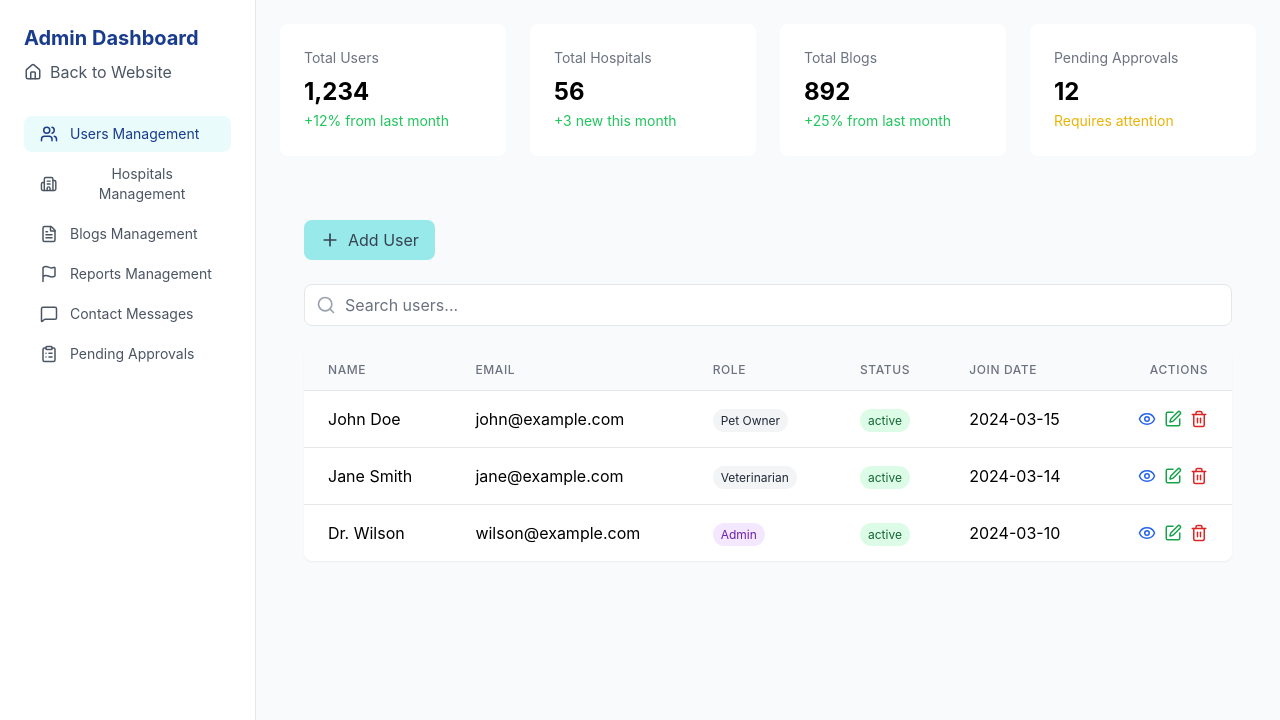
Repository: ZSayless/MyPetDoc
Page: /admin
An editor plug-in stored every save of this project. The page is shown before and after the next save, followed by the edit.
The browser window is 1280 px wide. The pictures show the whole page.
The project was rebuilt for these pictures with package versions that can differ from the ones it lists, and the page was loaded fresh each time. Also part of the build but not shown: vite.config.js, src/core/ButtonLink.js, src/components/register/SelectRoleModal.js, src/services/authService.js, src/components/register/Register.js, src/core/Overlay.js, src/components/login/Login.js, src/components/layout/Header.js and 40 more.

Above is the page before, as saved 2025-01-16 10:25:36.

### src/index.js
import React from "react";
import ReactDOM from "react-dom/client";
import "./index.css";
import App from "./App";
import { BrowserRouter } from "react-router-dom";
import { Provider } from "react-redux";
import { store } from "./redux/store";

const root = ReactDOM.createRoot(document.getElementById("root"));
root.render(
  <React.StrictMode>
    <BrowserRouter>
      <Provider store={store}>
        <App />
      </Provider>
    </BrowserRouter>
  </React.StrictMode>
);

### src/index.css
@tailwind base;
@tailwind components;
@tailwind utilities;

/* Custom styles for form inputs */
[type="text"],
[type="email"],
[type="password"] {
  @apply border-gray-300 focus:border-blue-500 focus:ring-blue-500 rounded-md shadow-sm;
}

body {
  margin: 0;
  font-family: -apple-system, BlinkMacSystemFont, "Segoe UI", "Roboto", "Oxygen",
    "Ubuntu", "Cantarell", "Fira Sans", "Droid Sans", "Helvetica Neue",
    sans-serif;
  -webkit-font-smoothing: antialiased;
  -moz-osx-font-smoothing: grayscale;
}

code {
  font-family: source-code-pro, Menlo, Monaco, Consolas, "Courier New",
    monospace;
}

### src/redux/store.js
import { configureStore } from "@reduxjs/toolkit";
import communityReducer from "./slices/communitySlice";
import adminReducer from "./slices/adminSlice";

export const store = configureStore({
  reducer: {
    community: communityReducer,
    admin: adminReducer,
  },
});

### src/assets/css/style.css
@tailwind base;
@tailwind components;
@tailwind utilities;

body {
  margin: 0px;
  padding: 0px;
}

html {
  font-family: "Helvetica Neue", Helvetica, Arial, sans-serif;
}

/* Footer Styles */
footer {
  background-color: #1a1a1a !important;
}

.footer-logo {
  height: 40px;
  width: auto;
}

footer .social-icons a {
  color: #fff;
  background: rgba(255, 255, 255, 0.1);
  width: 35px;
  height: 35px;
  display: inline-flex;
  align-items: center;
  justify-content: center;
  border-radius: 50%;
  transition: all 0.3s ease;
}

footer .social-icons a:hover {
  background: #6f42c1;
  transform: translateY(-3px);
}

footer .subscribe-form input {
  border: 1px solid rgba(255, 255, 255, 0.1);
  padding: 10px 15px;
}

footer .subscribe-form input:focus {
  box-shadow: none;
  border-color: #6f42c1;
}

footer .subscribe-form button {
  background: #6f42c1;
  border: none;
  padding: 10px 25px;
  width: 100%;
}

footer .subscribe-form button:hover {
  background: #5a32a3;
}

footer a.text-secondary:hover {
  color: #6f42c1 !important;
}

.hero-section {
  background-image: url("https://bizmap.dexignzone.com/react/demo/static/media/slide1.472de18a.jpg");
  background-size: cover;
  background-position: center;
  background-repeat: no-repeat;
}

.shadownHomeActive {
  color: #fff;
  box-shadow: 0 0 0 3px hsla(0, 0%, 100%, 0.2);
  background-color: rgb(147 51 234 / var(--tw-bg-opacity, 1));
}
.shadownHome:hover {
  border: none;
  box-shadow: 0 0 0 3px hsla(0, 0%, 100%, 0.2);
}
.btn__contact {
  background: hsla(0, 0%, 100%, 0.2);
  border: 1px solid hsla(0, 0%, 100%, 0.2);
}

.contact__card {
  border: 1px solid #e1e6eb;
  border-radius: 4px;
  box-shadow: 0 4px 6px 0 rgba(0, 0, 0, 0.05);
}
.contact__icon {
  box-shadow: 0 0 0 5px rgba(70, 17, 167, 0.1),
    0 0 0 10px rgba(70, 17, 167, 0.1);
}
.contact__form input {
  box-shadow: 0 4px 6px 0 rgba(0, 0, 0, 0.05);
}

.swiper-button-next::after,
.swiper-button-prev::after {
  display: none;
}

.swiper-button-disabled {
  opacity: 0.5;
  cursor: not-allowed;
}

.instagram__img:hover {
  opacity: 0.7;
  transition: all 0.5s;
  -webkit-transition: all 0.5s;
}
.border__category {
  border-bottom: 1px dashed #ecebf5;
}

### src/pages/admin/AdminDashboard.js
import { useState } from "react";
import AdminSidebar from "./AdminSidebar";
import UsersManagement from "./tabs/UsersManagement";
import HospitalsManagement from "./tabs/HospitalsManagement";
import BlogsManagement from "./tabs/BlogsManagement";
import ReportsManagement from "./tabs/ReportsManagement";
import ContactMessages from "./tabs/ContactMessages";
import PendingApprovals from "./tabs/PendingApprovals";
import { Menu } from "lucide-react";

function AdminDashboard() {
  const [activeTab, setActiveTab] = useState("users");
  const [isSidebarOpen, setIsSidebarOpen] = useState(false);

  const renderTab = () => {
    switch (activeTab) {
      case "users":
        return <UsersManagement />;
      case "hospitals":
        return <HospitalsManagement />;
      case "blogs":
        return <BlogsManagement />;
      case "reports":
        return <ReportsManagement />;
      case "messages":
        return <ContactMessages />;
      case "pending":
        return <PendingApprovals />;
      default:
        return <UsersManagement />;
    }
  };

  return (
    <div className="flex min-h-screen bg-gray-50">
      {/* Mobile Menu Button */}
      <button
        className="md:hidden fixed top-4 left-4 z-50 p-2 bg-white rounded-lg shadow-md"
        onClick={() => setIsSidebarOpen(!isSidebarOpen)}
      >
        <Menu size={20} />
      </button>

      {/* Sidebar */}
      <div
        className={`fixed md:static inset-y-0 left-0 z-40 w-64 bg-white border-r transform transition-transform duration-200 ease-in-out ${
          isSidebarOpen ? "translate-x-0" : "-translate-x-full"
        } md:translate-x-0`}
      >
        <AdminSidebar activeTab={activeTab} setActiveTab={setActiveTab} />
      </div>

      {/* Overlay for mobile */}
      {isSidebarOpen && (
        <div
          className="md:hidden fixed inset-0 bg-black/50 z-30"
          onClick={() => setIsSidebarOpen(false)}
        />
      )}

      {/* Main Content */}
      <div className="flex-1">
        {/* Stats Cards */}
        <div className="grid grid-cols-1 sm:grid-cols-2 md:grid-cols-4 gap-4 md:gap-6 p-4 md:p-6">
          <div className="bg-white rounded-lg p-4 md:p-6">
            <h3 className="text-gray-500 text-sm">Total Users</h3>
            <p className="text-xl md:text-2xl font-bold mt-2">1,234</p>
            <span className="text-green-500 text-sm">+12% from last month</span>
          </div>
          <div className="bg-white rounded-lg p-4 md:p-6">
            <h3 className="text-gray-500 text-sm">Total Hospitals</h3>
            <p className="text-xl md:text-2xl font-bold mt-2">56</p>
            <span className="text-green-500 text-sm">+3 new this month</span>
          </div>
          <div className="bg-white rounded-lg p-4 md:p-6">
            <h3 className="text-gray-500 text-sm">Total Blogs</h3>
            <p className="text-xl md:text-2xl font-bold mt-2">892</p>
            <span className="text-green-500 text-sm">+25% from last month</span>
          </div>
          <div className="bg-white rounded-lg p-4 md:p-6">
            <h3 className="text-gray-500 text-sm">Pending Approvals</h3>
            <p className="text-xl md:text-2xl font-bold mt-2">12</p>
            <span className="text-yellow-500 text-sm">Requires attention</span>
          </div>
        </div>

        {/* Content Area */}
        <div className="p-4 md:px-6 md:pb-6">{renderTab()}</div>
      </div>
    </div>
  );
}

export default AdminDashboard;

### src/context/AuthContext.js
import React, { createContext, useContext, useState } from "react";

const AuthContext = createContext();

export function AuthProvider({ children }) {
  const [isAuthenticated, setIsAuthenticated] = useState(() => {
    const saved = localStorage.getItem("isAuthenticated");
    return saved === "true";
  });
  const [user, setUser] = useState(() => {
    const saved = localStorage.getItem("user");
    return saved ? JSON.parse(saved) : null;
  });

  const login = (userData) => {
    setIsAuthenticated(true);
    setUser(userData);
    localStorage.setItem("isAuthenticated", "true");
    localStorage.setItem("user", JSON.stringify(userData));
  };

  const logout = () => {
    setIsAuthenticated(false);
    setUser(null);
    localStorage.removeItem("isAuthenticated");
    localStorage.removeItem("user");
  };

  return (
    <AuthContext.Provider value={{ isAuthenticated, user, login, logout }}>
      {children}
    </AuthContext.Provider>
  );
}

export function useAuth() {
  const context = useContext(AuthContext);
  if (!context) {
    throw new Error("useAuth must be used within an AuthProvider");
  }
  return context;
}

### src/redux/slices/communitySlice.js
import { createSlice, createAsyncThunk } from "@reduxjs/toolkit";
import { communityService } from "../../services/communityService";

// Async thunks
export const fetchPosts = createAsyncThunk(
  "community/fetchPosts",
  async ({ page, limit }) => {
    const response = await communityService.getPosts(page, limit);
    return response.data;
  }
);

export const createPost = createAsyncThunk(
  "community/createPost",
  async (postData) => {
    const response = await communityService.createPost(postData);
    return response.data;
  }
);

// ... thêm các thunks khác

const communitySlice = createSlice({
  name: "community",
  initialState: {
    posts: [],
    currentPost: null,
    loading: false,
    error: null,
    page: 1,
    hasMore: true,
  },
  reducers: {
    setCurrentPost: (state, action) => {
      state.currentPost = action.payload;
    },
    clearError: (state) => {
      state.error = null;
    },
  },
  extraReducers: (builder) => {
    builder
      .addCase(fetchPosts.pending, (state) => {
        state.loading = true;
      })
      .addCase(fetchPosts.fulfilled, (state, action) => {
        state.loading = false;
        state.posts = action.payload.data;
        state.hasMore = action.payload.hasMore;
      })
      .addCase(fetchPosts.rejected, (state, action) => {
        state.loading = false;
        state.error = action.error.message;
      });
    // ... thêm các cases khác
  },
});

export const { setCurrentPost, clearError } = communitySlice.actions;
export default communitySlice.reducer;

### src/redux/slices/adminSlice.js
import { createSlice } from "@reduxjs/toolkit";
import {
  mockUsers,
  mockHospitals,
  mockBlogs,
  mockReports,
  mockMessages,
  mockPendingApprovals,
} from "../../data/mockData";

const initialState = {
  users: mockUsers || [],
  hospitals: mockHospitals || [],
  blogs: mockBlogs || [],
  reports: mockReports || [],
  messages: mockMessages || [],
  pendingApprovals:
    [
      {
        id: 1,
        type: "hospital_registration",
        name: "Pet Care Center",
        email: "petcare@example.com",
        status: "pending",
        submittedAt: "2024-03-15",
        details: {
          address: "123 Main St",
          phone: "0123456789",
          services: ["Vaccination", "Surgery", "Grooming"],
          workingHours: {
            weekdays: "8:00 AM - 8:00 PM",
            weekends: "9:00 AM - 6:00 PM",
          },
          images: ["url1", "url2", "url3"],
        },
      },
      // ... other pending approvals
    ] || [],
  loading: false,
  error: null,
};

const adminSlice = createSlice({
  name: "admin",
  initialState,
  reducers: {
    // Users
    addUser: (state, action) => {
      state.users.push(action.payload);
    },
    deleteUser: (state, action) => {
      state.users = state.users.filter((user) => user.id !== action.payload);
    },
    updateUserStatus: (state, action) => {
      const user = state.users.find((u) => u.id === action.payload.userId);
      if (user) {
        user.status = action.payload.status;
      }
    },

    // Hospitals
    approveHospital: (state, action) => {
      const hospital = state.hospitals.find((h) => h.id === action.payload);
      if (hospital) {
        hospital.status = "approved";
      }
    },
    rejectHospital: (state, action) => {
      const hospital = state.hospitals.find((h) => h.id === action.payload);
      if (hospital) {
        hospital.status = "rejected";
      }
    },
    deleteHospital: (state, action) => {
      state.hospitals = state.hospitals.filter((h) => h.id !== action.payload);
    },

    // Blogs
    deleteBlog: (state, action) => {
      state.blogs = state.blogs.filter((blog) => blog.id !== action.payload);
    },
    updateBlogStatus: (state, action) => {
      const blog = state.blogs.find((b) => b.id === action.payload.blogId);
      if (blog) {
        blog.status = action.payload.status;
      }
    },

    // Reports
    resolveReport: (state, action) => {
      const report = state.reports.find((r) => r.id === action.payload);
      if (report) {
        report.status = "resolved";
      }
    },
    dismissReport: (state, action) => {
      const report = state.reports.find((r) => r.id === action.payload);
      if (report) {
        report.status = "dismissed";
      }
    },

    // Messages
    deleteMessage: (state, action) => {
      state.messages = state.messages.filter((m) => m.id !== action.payload);
    },
    markMessageAsRead: (state, action) => {
      const message = state.messages.find((m) => m.id === action.payload);
      if (message) {
        message.status = "read";
      }
    },

    // Pending Approvals
    approvePending: (state, action) => {
      const item = state.pendingApprovals.find((i) => i.id === action.payload);
      if (item) {
        item.status = "approved";
      }
    },
    rejectPending: (state, action) => {
      const item = state.pendingApprovals.find((i) => i.id === action.payload);
      if (item) {
        item.status = "rejected";
      }
    },
    deletePending: (state, action) => {
      state.pendingApprovals = state.pendingApprovals.filter(
        (item) => item.id !== action.payload
      );
    },
  },
});

export const {
  addUser,
  deleteUser,
  updateUserStatus,
  approveHospital,
  rejectHospital,
  deleteHospital,
  deleteBlog,
  updateBlogStatus,
  resolveReport,
  dismissReport,
  deleteMessage,
  markMessageAsRead,
  approvePending,
  rejectPending,
  deletePending,
} = adminSlice.actions;

export default adminSlice.reducer;

### src/pages/admin/AdminSidebar.js
import { Link } from "react-router-dom";
import {
  Users,
  Building2,
  FileText,
  Flag,
  MessageSquare,
  ClipboardList,
  Home,
} from "lucide-react";

function AdminSidebar({ activeTab, setActiveTab }) {
  const tabs = [
    { id: "users", name: "Users Management", icon: Users },
    { id: "hospitals", name: "Hospitals Management", icon: Building2 },
    { id: "blogs", name: "Blogs Management", icon: FileText },
    { id: "reports", name: "Reports Management", icon: Flag },
    { id: "messages", name: "Contact Messages", icon: MessageSquare },
    { id: "pending", name: "Pending Approvals", icon: ClipboardList },
  ];

  return (
    <div className="h-full p-6">
      <h1 className="text-[#1A3C8E] text-xl font-bold mb-2">Admin Dashboard</h1>
      <Link
        to="/"
        className="inline-flex items-center gap-2 text-gray-600 hover:text-[#1A3C8E] mb-8"
      >
        <Home size={18} />
        <span>Back to Website</span>
      </Link>

      <nav className="space-y-1">
        {tabs.map((tab) => {
          const Icon = tab.icon;
          return (
            <button
              key={tab.id}
              onClick={() => setActiveTab(tab.id)}
              className={`w-full flex items-center gap-3 px-4 py-2 rounded-lg text-sm transition-colors ${
                activeTab === tab.id
                  ? "bg-[#98E9E9]/20 text-[#1A3C8E]"
                  : "text-gray-600 hover:bg-gray-50"
              }`}
            >
              <Icon size={18} />
              <span>{tab.name}</span>
            </button>
          );
        })}
      </nav>
    </div>
  );
}

export default AdminSidebar;

### src/services/communityService.js
import axios from "axios";

const BASE_URL = process.env.REACT_APP_API_URL;

export const communityService = {
  // Posts
  getPosts: (page = 1, limit = 10) =>
    axios.get(`${BASE_URL}/posts?page=${page}&limit=${limit}`),

  getPostById: (postId) => axios.get(`${BASE_URL}/posts/${postId}`),

  createPost: (data) => axios.post(`${BASE_URL}/posts`, data),

  updatePost: (postId, data) => axios.put(`${BASE_URL}/posts/${postId}`, data),

  deletePost: (postId) => axios.delete(`${BASE_URL}/posts/${postId}`),

  // Comments
  getComments: (postId) => axios.get(`${BASE_URL}/posts/${postId}/comments`),

  addComment: (postId, data) =>
    axios.post(`${BASE_URL}/posts/${postId}/comments`, data),

  deleteComment: (commentId) =>
    axios.delete(`${BASE_URL}/comments/${commentId}`),

  // Likes
  likePost: (postId) => axios.post(`${BASE_URL}/posts/${postId}/like`),

  unlikePost: (postId) => axios.delete(`${BASE_URL}/posts/${postId}/like`),

  // Reports
  reportPost: (postId, reason) =>
    axios.post(`${BASE_URL}/posts/${postId}/report`, { reason }),
};

### src/data/mockData.js
export const mockUsers = [
  {
    id: 1,
    name: "John Doe",
    email: "john@example.com",
    role: "Pet Owner",
    status: "active",
    joinDate: "2024-03-15",
  },
  {
    id: 2,
    name: "Jane Smith",
    email: "jane@example.com",
    role: "Veterinarian",
    status: "active",
    joinDate: "2024-03-14",
  },
  {
    id: 3,
    name: "Dr. Wilson",
    email: "wilson@example.com",
    role: "Admin",
    status: "active",
    joinDate: "2024-03-10",
  },
];

export const mockHospitals = [
  {
    id: 1,
    name: "Pet Care Center",
    address: "123 Main St",
    phone: "0123456789",
    email: "petcare@example.com",
    status: "pending",
    rating: 4.5,
    joinDate: "2024-03-15",
  },
  {
    id: 2,
    name: "Animal Hospital",
    address: "456 Oak St",
    phone: "0987654321",
    email: "animalhospital@example.com",
    status: "approved",
    rating: 4.8,
    joinDate: "2024-03-10",
  },
];

export const mockBlogs = [
  {
    id: 1,
    title: "Essential Pet Vaccinations Guide",
    author: "Dr. John Smith",
    category: "Pet Health",
    content: "Detailed guide about pet vaccinations...",
    status: "published",
    views: 1234,
    publishDate: "2024-03-15",
  },
  {
    id: 2,
    title: "Common Pet Behavior Issues",
    author: "Dr. Sarah Johnson",
    category: "Pet Behavior",
    content: "Understanding pet behavior problems...",
    status: "draft",
    views: 0,
    publishDate: "-",
  },
];

export const mockReports = [
  {
    id: 1,
    type: "comment",
    content: "Inappropriate comment on blog post",
    reportedItem: "Comment on 'Pet Nutrition Guide'",
    reportedBy: "John Doe",
    reportedAt: "2024-03-15",
    status: "pending",
  },
  {
    id: 2,
    type: "review",
    content: "False review information",
    reportedItem: "Review for PetCare Hospital",
    reportedBy: "Jane Smith",
    reportedAt: "2024-03-14",
    status: "resolved",
  },
];

export const mockMessages = [
  {
    id: 1,
    name: "John Doe",
    email: "john@example.com",
    subject: "Question about services",
    message: "I have a question about your pet vaccination services...",
    status: "unread",
    createdAt: "2024-03-15",
  },
  {
    id: 2,
    name: "Jane Smith",
    email: "jane@example.com",
    subject: "Feedback",
    message: "I wanted to share my experience...",
    status: "read",
    createdAt: "2024-03-14",
  },
];

export const mockPendingApprovals = [
  {
    id: 1,
    type: "hospital",
    name: "Pet Care Center",
    email: "petcare@example.com",
    status: "pending",
    submittedAt: "2024-03-15",
    details: {
      address: "123 Main St",
      phone: "0123456789",
      license: "LICENSE123",
      services: ["Vaccination", "Surgery", "Grooming"],
    },
  },
  {
    id: 2,
    type: "veterinarian",
    name: "Dr. Sarah Wilson",
    email: "sarah.wilson@example.com",
    status: "pending",
    submittedAt: "2024-03-14",
    details: {
      license: "VET456",
      specialization: "Small Animals",
      experience: "5 years",
      certifications: ["ACVS", "ACVIM"],
    },
  },
];

### tailwind.config.js
/** @type {import('tailwindcss').Config} */
module.exports = {
  content: ["./src/**/*.{js,jsx,ts,tsx}"],
  theme: {
    extend: {},
  },
  plugins: [require("@tailwindcss/forms"), require("@tailwindcss/typography")],
};

Loaded but not shown: public/index.html (common file); src/components/common/ScrollToTop.js (common file); src/pages/admin/tabs/UsersManagement.js (423 lines, source omitted); src/App.js (239 lines, source omitted); src/components/blog/BlogDetail.js (empty); src/components/community/CommunityList.js (empty)

After the next save:
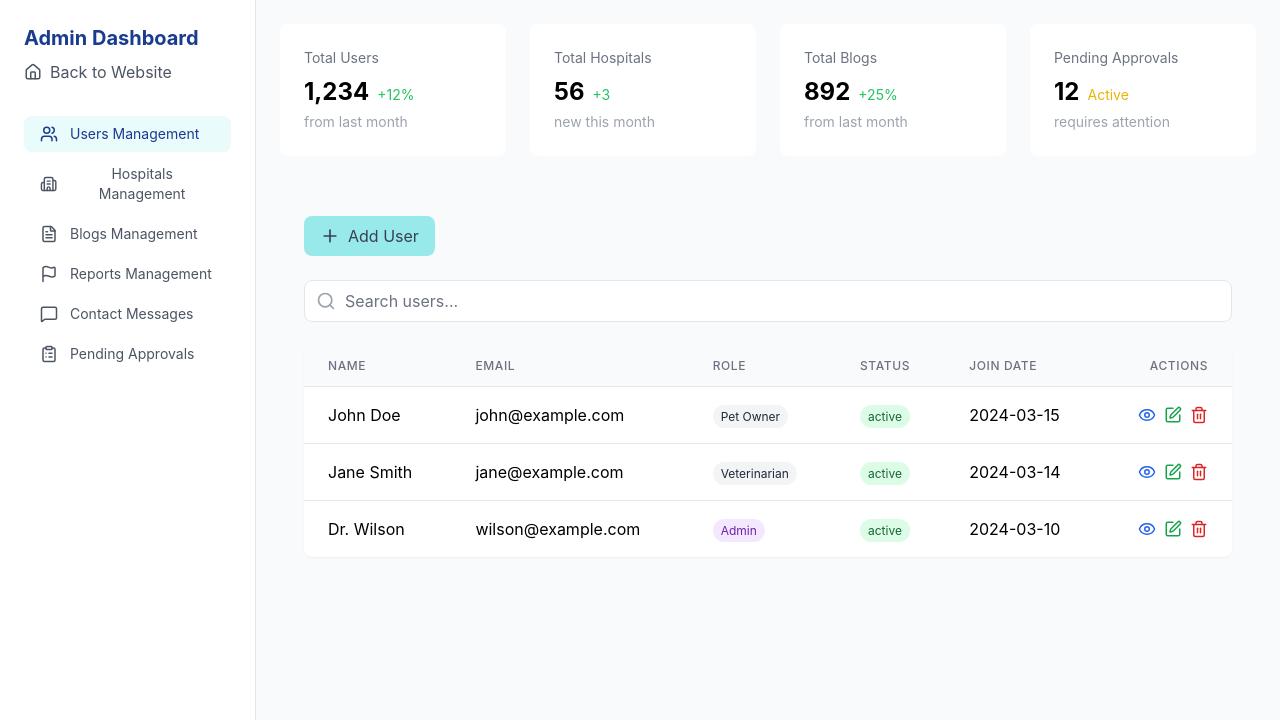
Saved 69 s later.
--- a/src/pages/admin/AdminDashboard.js
+++ b/src/pages/admin/AdminDashboard.js
@@ -61,31 +61,50 @@ function AdminDashboard() {
       {/* Main Content */}
       <div className="flex-1">
         {/* Stats Cards */}
-        <div className="grid grid-cols-1 sm:grid-cols-2 md:grid-cols-4 gap-4 md:gap-6 p-4 md:p-6">
-          <div className="bg-white rounded-lg p-4 md:p-6">
-            <h3 className="text-gray-500 text-sm">Total Users</h3>
-            <p className="text-xl md:text-2xl font-bold mt-2">1,234</p>
-            <span className="text-green-500 text-sm">+12% from last month</span>
+        <div className="grid grid-cols-2 md:grid-cols-4 gap-3 p-3 md:gap-6 md:p-6">
+          {/* Total Users */}
+          <div className="bg-white rounded-lg p-3 md:p-6">
+            <h3 className="text-gray-500 text-xs md:text-sm">Total Users</h3>
+            <div className="mt-1 md:mt-2 flex items-baseline">
+              <p className="text-lg md:text-2xl font-bold">1,234</p>
+              <span className="ml-2 text-xs md:text-sm text-green-500">+12%</span>
+            </div>
+            <p className="text-xs md:text-sm text-gray-400 mt-1">from last month</p>
           </div>
-          <div className="bg-white rounded-lg p-4 md:p-6">
-            <h3 className="text-gray-500 text-sm">Total Hospitals</h3>
-            <p className="text-xl md:text-2xl font-bold mt-2">56</p>
-            <span className="text-green-500 text-sm">+3 new this month</span>
+
+          {/* Total Hospitals */}
+          <div className="bg-white rounded-lg p-3 md:p-6">
+            <h3 className="text-gray-500 text-xs md:text-sm">Total Hospitals</h3>
+            <div className="mt-1 md:mt-2 flex items-baseline">
+              <p className="text-lg md:text-2xl font-bold">56</p>
+              <span className="ml-2 text-xs md:text-sm text-green-500">+3</span>
+            </div>
+            <p className="text-xs md:text-sm text-gray-400 mt-1">new this month</p>
           </div>
-          <div className="bg-white rounded-lg p-4 md:p-6">
-            <h3 className="text-gray-500 text-sm">Total Blogs</h3>
-            <p className="text-xl md:text-2xl font-bold mt-2">892</p>
-            <span className="text-green-500 text-sm">+25% from last month</span>
+
+          {/* Total Blogs */}
+          <div className="bg-white rounded-lg p-3 md:p-6">
+            <h3 className="text-gray-500 text-xs md:text-sm">Total Blogs</h3>
+            <div className="mt-1 md:mt-2 flex items-baseline">
+              <p className="text-lg md:text-2xl font-bold">892</p>
+              <span className="ml-2 text-xs md:text-sm text-green-500">+25%</span>
+            </div>
+            <p className="text-xs md:text-sm text-gray-400 mt-1">from last month</p>
           </div>
-          <div className="bg-white rounded-lg p-4 md:p-6">
-            <h3 className="text-gray-500 text-sm">Pending Approvals</h3>
-            <p className="text-xl md:text-2xl font-bold mt-2">12</p>
-            <span className="text-yellow-500 text-sm">Requires attention</span>
+
+          {/* Pending Approvals */}
+          <div className="bg-white rounded-lg p-3 md:p-6">
+            <h3 className="text-gray-500 text-xs md:text-sm">Pending Approvals</h3>
+            <div className="mt-1 md:mt-2 flex items-baseline">
+              <p className="text-lg md:text-2xl font-bold">12</p>
+              <span className="ml-2 text-xs md:text-sm text-yellow-500">Active</span>
+            </div>
+            <p className="text-xs md:text-sm text-gray-400 mt-1">requires attention</p>
           </div>
         </div>
 
         {/* Content Area */}
-        <div className="p-4 md:px-6 md:pb-6">{renderTab()}</div>
+        <div className="p-3 md:px-6 md:pb-6">{renderTab()}</div>
       </div>
     </div>
   );
